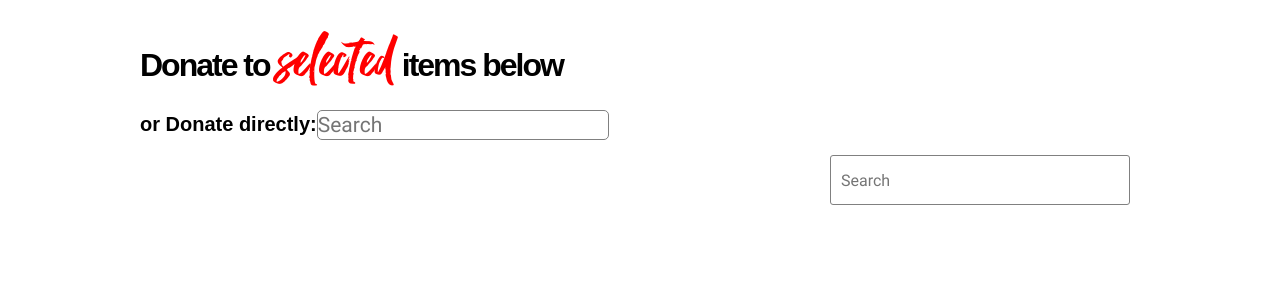
Repository: David-Waite/edableStyleChanges
Page: /
These files come from the project's save history. The page is drawn as it stood at one moment and after the next save; the edit follows.
The browser window is 1280 px wide. The pictures show the whole page.
The page's requests for data from a server got no answer. The project was rebuilt for these pictures with package versions that can differ from the ones it lists, and the page was loaded fresh each time. Some packages were replaced by stand-ins written for this rebuild. No one was signed in, and anything a server would have sent is missing. Queries for data that is not in the repository find no rows. Also part of the build but not shown: src/components/Item/ProgressBar.css, src/components/Volunteer/Volunteer.tsx, src/components/DonorForm/Message.css, src/components/Volunteer/VolunteerError.tsx, src/components/Default.tsx, src/components/DonorForm/Paypal.tsx, src/components/DonorForm/DonorForm.tsx, src/components/DonorForm/PastDonations.css and 8 more.

Above is the page before, as saved 2022-11-09 19:15:07.

### public/index.html
<!DOCTYPE html>
<html lang="en">
  <head>
    <meta charset="utf-8" />
    <link rel="icon" href="%PUBLIC_URL%/favicon.ico" />
    <meta name="viewport" content="width=device-width, initial-scale=1" />
    <meta name="theme-color" content="#000000" />
    <meta name="description" content="EdAble Donations System" />
    <link rel="apple-touch-icon" href="%PUBLIC_URL%/logo192.png" />
    <link rel="manifest" href="%PUBLIC_URL%/manifest.json" />
    <link
      rel="stylesheet"
      href="https://cdn.jsdelivr.net/npm/bootstrap@5.2.0-beta1/dist/css/bootstrap.min.css"
      integrity="sha384-0evHe/X+R7YkIZDRvuzKMRqM+OrBnVFBL6DOitfPri4tjfHxaWutUpFmBp4vmVor"
      crossorigin="anonymous"
    />
    <title>EdAble Donations</title>
  </head>
  <body>
    <noscript>You need to enable JavaScript to run this app.</noscript>
    <div id="root"></div>
  </body>
  <script src="./iframeResizer.contentWindow.min.js"></script>
</html>

### src/index.tsx
import React from 'react';
import ReactDOM from 'react-dom/client';
import './index.css';
import App from './App';
import reportWebVitals from './reportWebVitals';
import './fonts/Roboto/Roboto-Medium.ttf';
import './fonts/Lora/Lora-VariableFont_wght.ttf';

const root = ReactDOM.createRoot(
  document.getElementById('root') as HTMLElement
);
root.render(
  <React.StrictMode>
    <App />
  </React.StrictMode>
);

// If you want to start measuring performance in your app, pass a function
// to log results (for example: reportWebVitals(console.log))
// or send to an analytics endpoint. Learn more: https://bit.ly/CRA-vitals
reportWebVitals();

### src/index.css
body {
  margin: 0;
  -webkit-font-smoothing: antialiased;
  -moz-osx-font-smoothing: grayscale;
}

code {
  font-family: source-code-pro, Menlo, Monaco, Consolas, "Courier New",
    monospace;
}

* {
  box-sizing: border-box;
}

#page-wrap {
  padding-bottom: 10px;
  padding-top: 10px;
}
@font-face {
  font-family: "Roboto";
  src: local("Roboto"),
    url("./fonts/Roboto/Roboto-Medium.ttf") format("truetype");
}

@font-face {
  font-family: "Lora";
  src: local("Lora"),
    url("./fonts/Lora/Lora-VariableFont_wght.ttf") format("truetype");
}

@font-face {
  font-family: "black_stonealternative";
  src: local("blackStone"),
    url("./fonts/BlackStone/blackstone-alternative-webfont.woff") format("woff");
}

h1 {
  font-family: "Roboto";
  font-style: normal;
  font-weight: 700;
  font-size: 52px;
  line-height: 64px;
  /* identical to box height, or 123% */
  color: #000000;
}

h2 {
  font-family: "Lora";
  font-style: normal;
  font-weight: 700;
  font-size: 47px;
  line-height: 60px;
  /* identical to box height, or 128% */
  color: #f1f1f1;
}

h3 {
  font-family: "Lora";
  font-style: normal;
  font-weight: 700;
  font-size: 40px;
  line-height: 51px;
  color: #c4c4c4;
}

h4 {
  font-family: "Roboto";
  font-style: normal;
  font-weight: 700;
  font-size: 35px;
  line-height: 43px;
  /* identical to box height, or 123% */
  letter-spacing: 0.02em;
  color: #000000;
}

h5 {
  font-family: "Roboto";
  font-style: normal;
  font-weight: 700;
  font-size: 28px;
  line-height: 44px;
  /* identical to box height, or 157% */
  color: #000000;
}

h6 {
  font-family: "Roboto";
  font-style: normal;
  font-weight: 700;
  font-size: 21px;
  line-height: 25px;
  /* identical to box height */
  color: #000000;
}

body {
  font-family: "Roboto";
  font-style: normal;
  font-weight: 400;
  font-size: 21px;
  line-height: 32px;
  /* identical to box height, or 152% */
  color: #000000;
}

### src/App.tsx
import React from "react";
import "./App.css";
import { BrowserRouter, Routes, Route } from "react-router-dom";

import { PayPalScriptProvider } from "@paypal/react-paypal-js";
import Base from "./components/Base";
import Landing from "./components/Landing/Landing";
import Volunteer from "./components/Volunteer/Volunteer";
import VolunteerError from "./components/Volunteer/VolunteerError";
import Default from "./components/Default";
import Organisation from "./components/Organisation/Organisation";
import ItemPage from "./components/Item/ItemPage";
import Success from "./components/DonorForm/Success";
import Cancel from "./components/DonorForm/Cancel";
import PastDonations from "./components/DonorForm/PastDonations";
import PastItemDonations from "./components/DonorForm/PastItemDonations";
import DonateTime from "./components/Volunteer/DonateTime";

function App() {
  return (
    <PayPalScriptProvider
      options={{
        "client-id":
        process.env.REACT_APP_PAYPAL_CLIENT_ID||"ATT3Tn46NrmHggGqVC4mzWOZWlnbp2ID9DA0yQnhsgqPFIVPPlLhfSI_-atbZc3aN7n_k7wUVTyQJMnI",
        currency: "AUD",
      }}
    >
      <BrowserRouter>
        <Routes>
          <Route path="/" element={<Base />}>
            <Route path="/" element={<Landing />} />
            <Route path="volunteer" element={<Volunteer />} />
            <Route path="success" element={<Success />} />
            <Route path="organisation/:orgId" element={<Organisation />} />
            <Route path="cancel/:orgId" element={<Cancel />} />
            <Route path="volunteererror/:orgId" element={<VolunteerError />} />
            <Route path="organisation/:orgId" element={<PastDonations />} />
            <Route path="item/:orgID/:itemID" element={<ItemPage />} />
            <Route path="item/:orgID/:itemID" element={<PastItemDonations />} />
            <Route path="volunteer/organisation/:orgId" element={<DonateTime />} />
            <Route path="volunteer/success" element={<Success />} />

            {/* Using path="*"" means "match anything", so this route
                acts like a catch-all for URLs that we don't have explicit
              routes for. */}
            <Route path="*" element={<Default />} />
          </Route>
        </Routes>
      </BrowserRouter>
    </PayPalScriptProvider>
  );
}

export default App;

### src/App.css
.App {
  text-align: center;
}

.App-logo {
  height: 40vmin;
  pointer-events: none;
}

@media (prefers-reduced-motion: no-preference) {
  .App-logo {
    animation: App-logo-spin infinite 20s linear;
  }
}

.App-header {
  background-color: #282c34;
  min-height: 100vh;
  display: flex;
  flex-direction: column;
  align-items: center;
  justify-content: center;
  font-size: calc(10px + 2vmin);
  color: white;
}

.App-link {
  color: #61dafb;
}

@keyframes App-logo-spin {
  from {
    transform: rotate(0deg);
  }
  to {
    transform: rotate(360deg);
  }
}

.font-face-rob {
  font-family: "Roboto";
}

.font-face-lora {
  font-family: "Lora";
}

.font-face-Black {
  font-family: "black_stonealternative";
}

### src/components/Base.tsx
import { Outlet } from 'react-router-dom';

function BasePage() {
  return (
    <>
      {/* An <Outlet> renders whatever child route is currently active,
          so you can think about this <Outlet> as a placeholder for
        the child routes we defined above. */}
      <Outlet/>
    </>
  );
}

export default BasePage;

### src/components/Landing/Landing.tsx
import { useEffect, useState } from "react";
import "./Landing.css";
import { Link } from "react-router-dom";
import { db } from "../../config/firebase";
import { collection, query, onSnapshot, where } from "firebase/firestore";
import { Button, Container, Carousel, Row, Col } from "react-bootstrap";
import { ReactComponent as InclusionHero } from "./InclusionHero.svg";

import Sidebar from "./Sidebar";
import ItemsCollection from "./ItemsCollection";
import Organisation from "../Organisation/Organisation";

function Landing() {
  const [orgList, setOrgList] = useState<any>([]);

  // gets all the orgs from dbs
  useEffect(() => {
    const q = query(
      collection(db, "Organisations"),
      where("activeStatus", "==", true)
    );
    onSnapshot(q, (querySnapshot) => {
      // setOrgList dumps all the orgs in orgList
      setOrgList(
        querySnapshot.docs.map((doc) => ({
          id: doc.id,
          data: doc.data(),
        }))
      );
    });
  }, []);

  useEffect(() => {
    window.scrollTo(0, 0);
  }, []);

  return (
    //   these lines set up the format of the page
    <>
      <div className="landing">
        {/* Burger menu */}

        <div className="App" id="outer-container">
          {/* Carousel */}
          <div className="slideshowCon">
            <Row>
              <Col>
                <div className="carouselContainer">
                  <Carousel
                    touch={true}
                    interval={4000}
                    indicators={true}
                    variant="light"
                  >
                    {orgList.map((org: any) => (
                      <Carousel.Item
                        key={org.id.toString()}
                        style={{
                          textAlign: "left",
                        }}
                      >
                        <Link
                          to={`organisation/${org.id}`}
                          style={{
                            textDecoration: "none",
                            color: "black",
                          }}
                        >
                          {/* this div contains the carousel item's contents and makes the whole carousel item a link (based on link tag above) */}
                          <div className="carousel-contents">
                            <img
                              className="carouselImage"
                              src={`${org.data.img}`}
                            />

                            <div className="caroursel-text">
                              <div className="carousel-contents-bottom">
                                <div>
                                  {" "}
                                  <h2 className="title">{org.data.name}</h2>
                                  <p className="orgSummary">
                                    {org.data.summary}
                                  </p>
                                </div>

                                <Button
                                  className="btnContribute"
                                  variant="warning"
                                >
                                  DONATE TO&#160;
                                  {org.data.name.toUpperCase()}!
                                </Button>
                              </div>
                            </div>
                          </div>
                        </Link>
                      </Carousel.Item>
                    ))}
                  </Carousel>
                </div>
              </Col>
            </Row>
          </div>
        </div>

        <div>
          <h2 className="pageTitle">
            Donate to <span>selected</span> items below
            <br />
          </h2>
          <div className="selectOrgCon">
            <h2 className="selectOrg">or Donate directly:</h2>
            <div className="orgSearchBar">
              <input className="input" type="text" placeholder="Search" />
            </div>
          </div>
        </div>

        <ItemsCollection orgList={orgList} />
      </div>
    </>
  );
}

export default Landing;

### src/components/Landing/Landing.css
.carousel-control-next,
.carousel-control-prev {
  width: 10%;
}

.landing {
  max-width: 1000px;

  margin: 0px auto 90px;
}
.pageTitle {
  font-size: 32px;
  color: black;
  font-family: sans-serif;
  margin-top: 60px;
  margin-bottom: 40px;
  letter-spacing: -2px;
  line-height: 0px;
  font-weight: 700;
}

.title {
  font-size: 32px;
  color: white;
  font-family: sans-serif;
}
.pageTitle span {
  font-family: "black_stonealternative";
  margin-left: 0px;
  margin-right: 0px;
  font-size: 55px;
  letter-spacing: 1px;
  font-weight: 100;
}

.selectOrg {
  font-size: 20px;
  color: black;
  font-family: sans-serif;
  padding-top: 5px;
  font-weight: 700;
}
.selectOrgCon {
  height: 40px;
  display: flex;
  align-items: center;
  margin-bottom: 0px;
}

.orgSearchBar input {
  height: 30px;
}

.col {
  padding: 0;
}

.navBarContainer {
  margin-left: 30px;
  margin-top: 10px;
  position: absolute;
  color: white;
}

.carousel {
  /* margin: 3px; */
  /* border-radius: 30px; */

  color: white;
  /* height: ; */
}

.carouselImage {
  object-fit: cover;
  height: calc(500px - 140px);
}

.carousel-contents {
  display: flex;

  flex-direction: column;
  justify-content: flex-end;

  color: white;
  height: 500px;
}

.carousel-indicators {
  margin-bottom: 10px;
}

.carousel-contents-bottom {
  display: flex;
  align-items: center;
  justify-content: space-between;
  gap: 10px;

  margin-bottom: 30px;
}

.caroursel-text {
  padding: 0px 25px;
  height: 140px;
  background-color: #333333;
}

.btnContribute {
  background-color: #e50040;
  color: white;
  border: none;
  border-radius: 3px;
}

.btnContribute span {
  margin-left: 3px;
  font-size: 16px;
  font-weight: 400;
  color: white;
}

.btnContribute div {
  font-size: 16px;
  font-weight: 400;
  margin: 0;
}

.btnContribute:hover {
  background-color: #d4033e;
  color: white;
}

.orgSummary {
  font-size: 16px;
  line-height: 25px;
  margin-bottom: 0px;
}

.imgCarousel {
  width: 100%;
  height: 600px;
}

.orgList {
  font-family: sans-serif;
  font-size: 20px;
  color: black;
}

.orgListCon {
  display: flex;
  align-items: center;
}
@media (max-width: 1040px) {
  .landing {
    padding: 0 20px;
  }
}

@media (max-width: 900px) {
  .title {
    font-size: 28px !important;
  }
}

@media (max-width: 800px) {
  .carousel-contents-bottom {
    flex-direction: column;
    align-items: flex-start;

    gap: 0px;
  }
  .caroursel-text {
    height: 200px;
  }
}

@media (max-width: 500px) {
  .btnContribute div {
    width: 100%;
  }

  .caroursel-text {
    height: 220px;
  }
}

@media (max-width: 370px) {
  .btnContribute {
    margin-top: -10px;
    font-size: 10px;
  }
}

@media (max-width: 325px) {
  .btnContribute span {
    font-size: 9px;
  }
}

/* #carousel-indicators {
    color:rgb(17, 0, 61)
} */

/* Button {
  font-size: x-small;
  style={{ backgroundImage: `url(${org.data.img})` }}




   <img
                              className="imgCarousel"
                              src={org.data.img}
                              alt={`${org.data.name}` + "'s logo"}
                            />
} */

### src/config/firebase.js
import { initializeApp } from "firebase/app";
import { getFirestore } from "firebase/firestore";
import { initializeAppCheck, ReCaptchaV3Provider } from "firebase/app-check";

const firebaseConfig = {
  apiKey: "AIzaSyDs6EtNxxw7Q9vqGTd9EFzCkpK4aQ9u_dY",
  authDomain: "edable-swinburne.firebaseapp.com",
  projectId: "edable-swinburne",
  storageBucket: "edable-swinburne.appspot.com",
  messagingSenderId: "217658206897",
  appId: "1:217658206897:web:529a69fce1bf349d7ad090",
  measurementId: "G-2R2MP9QZ9F",
};

// Initialize Firebase
const app = initializeApp(firebaseConfig);
const db = getFirestore(app);

// app check
const appCheck = initializeAppCheck(app, {
  provider: new ReCaptchaV3Provider("6LcACHkiAAAAAI-dIVsdXLO9-vrCICsqM5sRRjbJ"),
  isTokenAutoRefreshEnabled: true,
});

export { db };

### src/components/Landing/ItemsCollection.tsx
import { useState, useEffect } from "react";
import {
  collectionGroup,
  query,
  onSnapshot,
  collection,
  where,
  getDocs,
} from "firebase/firestore";
import { db } from "../../config/firebase";
import Card from "react-bootstrap/Card";
import ProgressBar from "react-bootstrap/ProgressBar";
import { Link } from "react-router-dom";
import styles from "./ItemsCollection.module.css";
import "../Item/ProgressBar.css";

function ItemsCollection(props: any) {
  const [itemList, setItemList] = useState<any>([]);
  const [search, setSearch] = useState<string>("");

  useEffect(() => {
    const q = query(
      collectionGroup(db, "Items"),
      where("activeStatus", "==", true)
    );

    onSnapshot(q, async (querySnapshot) => {
      setItemList(
        querySnapshot.docs.map((doc) => ({
          id: doc.id,
          data: doc.data(),
          parentDoc: doc.ref.parent.parent?.id,
        }))
      );
    });
  }, []);

  function mergeLists() {
    const mergeList: any = [];
    itemList.map((item: any) => {
      props.orgList.map((org: any) => {
        if (item.parentDoc === org.id) {
          if (item.data.activeStatus === true) {
            mergeList.push({
              ...item,
              orgName: org.data.name,
              orgActiveStatus: org.data.activeStatus,
            });
          }
        }
      });
    });
    return mergeList;
  }

  const mergeList = mergeLists();

  const handleChange = (e: React.ChangeEvent<HTMLInputElement>) => {
    setSearch(e.target.value);
  };
  const filteredItems = mergeList.filter((item: any) =>
    item.data.name.toLowerCase().includes(search.toLowerCase())
  );

  return (
    <>
      <div className={styles.containerDiv}>
        <div
          className={styles.searchBar}
          style={{
            borderRadius: "3px",
            display: "flex",
            alignItems: "right",
            justifyContent: "right",
          }}
        >
          <input
            style={{ fontSize: "16px" }}
            className={styles.input}
            type="text"
            onChange={handleChange}
            placeholder="Search"
          />
        </div>

        <div className={styles.cardParentDiv}>
          {filteredItems.map((item: any) => (
            <div key={item.id.toString()} className={styles.cards}>
              <div className={styles.cardImage}>
                <img src={item.data.img} alt={`Image of  ${item.data.name}`} />
              </div>

              <div className={styles.cardBody}>
                <div>
                  <h3 className={styles.cardTitle}>
                    {item.orgName}:
                    <br />
                    <span>{item.data.name}</span>
                  </h3>

                  <p className={styles.cardDes}>{item.data.summary}</p>
                </div>

                <div className={styles.bottomHalfCard}>
                  <p>
                    ${item.data.totalDonationsValue || 0} of $
                    {item.data.initialPrice}
                  </p>
                  <ProgressBar
                    striped
                    now={
                      item.data.totalDonationsValue
                        ? (item.data.totalDonationsValue /
                            item.data.initialPrice) *
                          100
                        : 0
                    }
                    label={`${Math.round(
                      (item.data.totalDonationsValue / item.data.initialPrice) *
                        100
                    )}%`}
                  />
                  <Link
                    style={{
                      textDecoration: "none",
                      color: "black",
                    }}
                    to={`item/${item.parentDoc}/${item.id}`}
                  >
                    <div className={styles.btn}>DONATE NOW!</div>
                  </Link>
                </div>
              </div>
            </div>
          ))}
        </div>
      </div>
    </>
  );
}

export default ItemsCollection;

### src/components/Organisation/Organisation.module.css
.body {
  background-color: black;
}

* {
  margin: 0;
  padding: 0;
}

img {
  max-width: 100%;
}

.section {
  max-width: 1000px;
  margin: 0 auto;
  background-color: white;
}

.orgName,
.volunteerOrgName span {
  font-family: "black_stonealternative";
  margin-left: 0px;
  margin-right: 0px;
  font-size: 55px;
  font-weight: 100;
  color: #5e17a9;
  line-height: 45px;
}

.orgNameSpan,
.volunteerOrgName {
  font-size: 32px;
  color: black;
  font-family: sans-serif;
  font-weight: 600;
  line-height: normal;
}
.volunteerOrgName span {
  color: #5e17a9;
}
.line {
  margin: 20px 0 30px;
  height: 3px;
  width: 70px;
  background-color: #511493;
}

.itemName {
  font-size: 32px;
  color: black;
  font-family: sans-serif;
  font-weight: 600;
  line-height: normal;
}

.itemImgDesktop {
  margin-bottom: 20px;
}

.sideIdmage {
  display: flex;
  flex-direction: column;
}

.itemImgMobile,
.mobileSideImg {
  display: none;
}

.itemName span {
  color: #511493;
  font-size: 33px;
}

.des {
  margin-top: 20px;
  font-size: 16px;
  font-weight: 100;
  line-height: 25px;
  color: #333333;
}
.mainContent {
  margin-top: 40px;
  display: grid;
  grid-template-columns: 1fr 1.5fr;
  gap: 80px;
}
.btn {
  display: flex;
  align-items: center;
  height: 40px;
  color: white;

  border-radius: 3px !important;
  font-size: 16px;
  font-weight: 400;
  padding: 0 15px;
}

a {
  text-decoration: none !important;
}
.websiteBtn {
  height: 40px;

  border-radius: 3px !important;
  font-size: 16px;
  font-weight: 400;
  padding: 10px 15px;

  color: white;
  background-color: #511493;
}
.btn:hover {
  color: white;
}

.goBack {
  background-color: #e50040;
}

.goBack:hover {
  background-color: #f16800;
}

.orgImg {
  width: 100%;
  height: 500px;
  object-fit: cover;
}

.website {
  padding: 30px;
  margin-top: 10px;
  background: linear-gradient(58.89deg, #5e17a9 31.3%, #e50040 67.75%);
  color: white;
}

.website div {
  margin-top: 10px;
}
.website a {
  background-color: #e50040;
  width: 100%;
  color: white;
  border-radius: 3px !important;
  font-size: 16px;
  font-weight: 400;
  padding: 10px 15px;
}

.header {
  margin: 10px 0;
  display: flex;
  gap: 10px;

  align-items: center;
}

h6 {
  margin-top: 30px;
  font-size: 33px;
  font-weight: 400;
  line-height: 30px;
}

h6 div {
  font-family: "black_stonealternative";
  margin-top: 30px;
  color: #5e17a9;
  font-size: 55px;
  letter-spacing: 1px;
  font-weight: 100;
}

.orgDescription {
  margin-top: 20px;
  font-size: 16;
}

.formCon {
  margin-top: 20px;
}

.btnPurple {
  background-color: #511493;
}
.topItem {
  display: flex;
  align-items: center;
  gap: 40px;
}

.backButton {
  margin-top: 30px;
  color: white;
  border-radius: 3px;
  background-color: #e50040;
  border: none;
}

.backButton:hover {
  color: white;

  background-color: #d4033e;
}

.topButton:hover {
  background-color: #f16800;
}

.card {
  border-radius: 3px;
  border: none;

  background-color: #f4f4f4;
}

.card img {
  width: 100%;
}

.cardContent {
  padding: 20px;
}

.cardTitle {
  font-size: 18px;
  color: black;
  font-family: sans-serif;
  height: auto;
  line-height: 25px;
}

.cardDes {
  margin-top: 0px;
  color: rgb(29, 29, 29);
  font-size: 16px;
  letter-spacing: 0.1px;
  line-height: 20px;
  font-weight: 400;
}

@media (max-width: 1040px) {
  .section {
    padding: 0 20px;
  }
}
@media (max-width: 700px) {
  .content {
    padding: 0 20px 50px;
  }
  .formContainer {
    padding: 30px 20px;
  }
  .topItem {
    display: flex;
    flex-direction: column;
    gap: 40px;
  }
  .card {
    width: 100%;
  }
}

@media (max-width: 900px) {
  .mainContent {
    display: grid;
    grid-template-columns: 1fr;
    gap: 20px;
    margin-bottom: 10px;
  }
  .itemImgDesktop,
  .desktopSideImg {
    display: none;
  }
  .mobileSideImg {
    display: block;
  }

  .itemImgMobile {
    display: block;
    width: 100%;
  }
}

@media (max-width: 500px) {
  label {
    font-size: 10px;
  }

  h6 {
    font-size: 25px;
  }
  h6 span {
    font-size: 40px;
  }
  .btn {
    font-size: 12px;
  }
}

### src/components/Landing/ItemsCollection.module.css
.containerDiv {
  /* background-color: rgb(212, 238, 249); */
  border-radius: 40px;
}

.searchBar {
  border-radius: 3px !important;
  padding: 0;
}
.title {
  font-size: 32px;
  color: black;
  font-family: sans-serif;
  margin-top: 60px;
  margin-bottom: 40px;

  letter-spacing: -2px;
}

.title span {
  font-family: "black_stonealternative";
  margin-left: 0px;
  margin-right: 0px;
  font-size: 55px;
  letter-spacing: 1px;
  font-weight: 100;
}

.input {
  margin: 10px;
  width: 300px;
  border-radius: 3px;
  padding: 2px 10px;
}

.cardParentDiv {
  margin-top: 20px;
  display: grid;
  grid-template-columns: 1fr 1fr 1fr;
  gap: 30px;
}

.bottomHalfCard {
  align-self: end;
}
.cardParentDiv img {
  width: 100%;
  height: 180px;
  object-fit: cover;
  padding: 0;
  margin: 0;
}

.cardImage {
  height: 180px;
}
.cardTitle {
  font-size: 18px;
  color: black;
  font-family: sans-serif;
  height: auto;
  line-height: 25px;
}

.cardTitle span {
  color: #e50040;
}

.cardDes {
  height: 60px;
  margin-top: 0px;
  color: rgb(29, 29, 29);
  font-size: 16px;
  letter-spacing: 0.1px;
  line-height: 16px;
  font-weight: 400;
}

.btn {
  text-decoration: none;
  color: white;
  display: flex;
  align-items: center;
  justify-content: center;
  height: 40px;
  margin-top: 10px;
  margin-bottom: -15px;
  text-align: center;
  border-radius: 3px;
  font-size: 16px;
  font-weight: 400;

  background-color: #5e17a9;
}

.cardBody {
  padding: 10px 10px 30px 10px;
}

.cards {
  border-radius: 3px;
  border: none;
  background-color: #f4f4f4;
}

@media (max-width: 1040px) {
  .cardParentDiv {
    grid-template-columns: 1fr 1fr;
    gap: 60px;
  }
  .input {
    width: calc(100vw - 40px);
  }
}

@media (max-width: 650px) {
  .cardParentDiv {
    grid-template-columns: 1fr 1fr;
    gap: 20px;
  }
}

@media (max-width: 600px) {
  .cardParentDiv {
    grid-template-columns: 1fr;
    gap: 20px;
  }
}

### src/components/DonorForm/DonorForm.css
.donorInfoContainer {
  background-color: rgb(238, 238, 238);
  padding: 20px 40px;
  border-radius: 3px;
}

.formTitle {
  color: #5e17a9;
}

.presetButtons {
  display: flex;
  align-items: center;
  justify-content: flex-start;
  margin-bottom: -20px;
}

label,
.or {
  padding: 5px 0;
  font-weight: lighter;
}

label span {
  color: rgb(176, 53, 53);
  margin-left: 2px;
}

input:disabled {
  background-color: rgb(197, 197, 197);
}

.checkbox {
  display: flex;
  justify-content: start;
  align-items: center;
}

.checkbox input {
  width: auto;
  margin-right: 5px;
}

.monthlyPayment {
  margin-top: 15px;
  margin-bottom: -25px;
}

.availablity {
  display: flex;
  gap: 60px;
  padding-bottom: 10px;
}

.isAron {
  margin-top: 15px;
}
.mailingList {
  margin-bottom: 15px;
}
input,
select {
  height: 50px;
  width: 100%;
  border: 0.1px solid;
  border-color: grey;
  border-radius: 5px;
}

select {
  padding: 15px 10px;
  border: none;
}

span {
  font-size: large;
  color: red;
}

.proceedPayBtn {
  color: white;
  background-color: #ff7000;
  border-color: #ff7000;
  margin-right: auto;
}

.proceedPayBtn:hover {
  background-color: #f16800;
  color: white;
}

button {
  border-radius: 4px;
  border: 1px solid rgb(215, 215, 215);
  padding: 5px 10px;
  font-size: 14px;
  margin: 5px;
  color: white;
  background-color: #ff7000;
  border-color: #ff7000;
}

button[type="submit"],
input[type="submit"] {
  background: #ec598f;
  color: white;
  text-transform: uppercase;
  border: none;
  margin-top: 40px;
  padding: 10px;
  font-size: 16px;
  font-weight: 400;
  letter-spacing: 10px;
}

Loaded but not shown: src/reportWebVitals.ts (common file); public/iframeResizer.contentWindow.min.js (library)

After the next save:
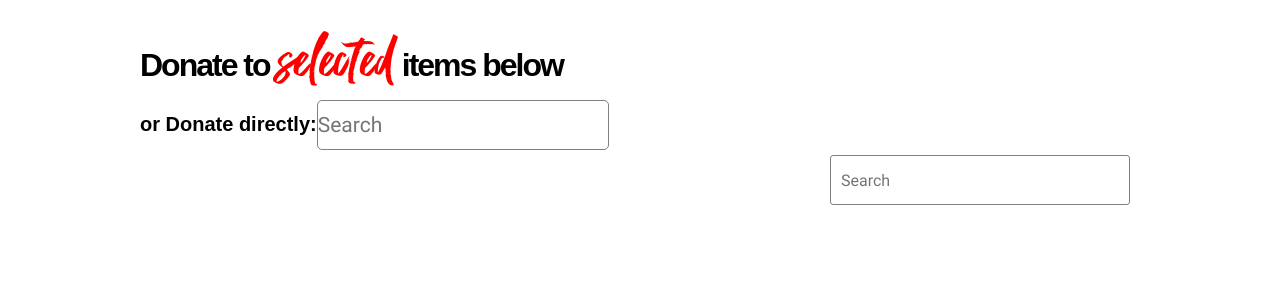
Saved 14 s later.
--- a/src/components/Landing/Landing.css
+++ b/src/components/Landing/Landing.css
@@ -48,10 +48,9 @@
 }
 
 .orgSearchBar input {
-  height: 30px;
-}
-
-.col {
+}
+
+.orgSearchBar .col {
   padding: 0;
 }
 
